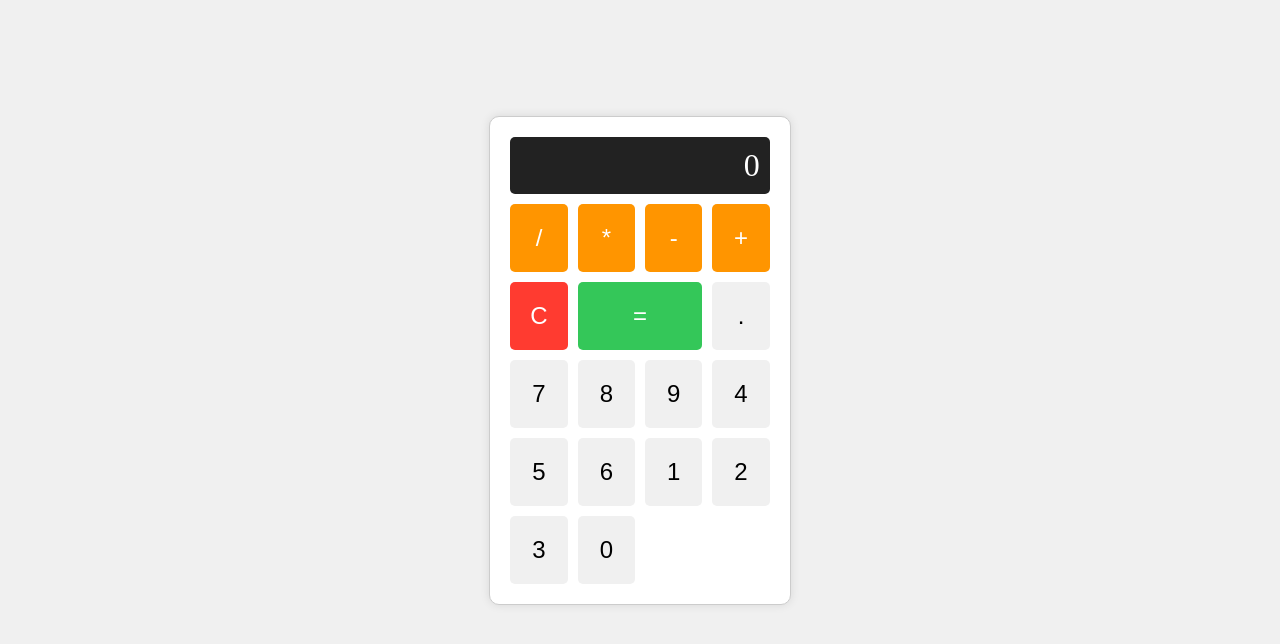
Repository: alizey12/calculator
Page: index.html
The author's editor kept a copy of each file at every save. The page is drawn from the files as they stood at one save, then again after the next save.
The browser window is 1280 px wide. The pictures show the whole page.

Above is the page before, as saved 2024-11-23 18:34:28.

After the next save:
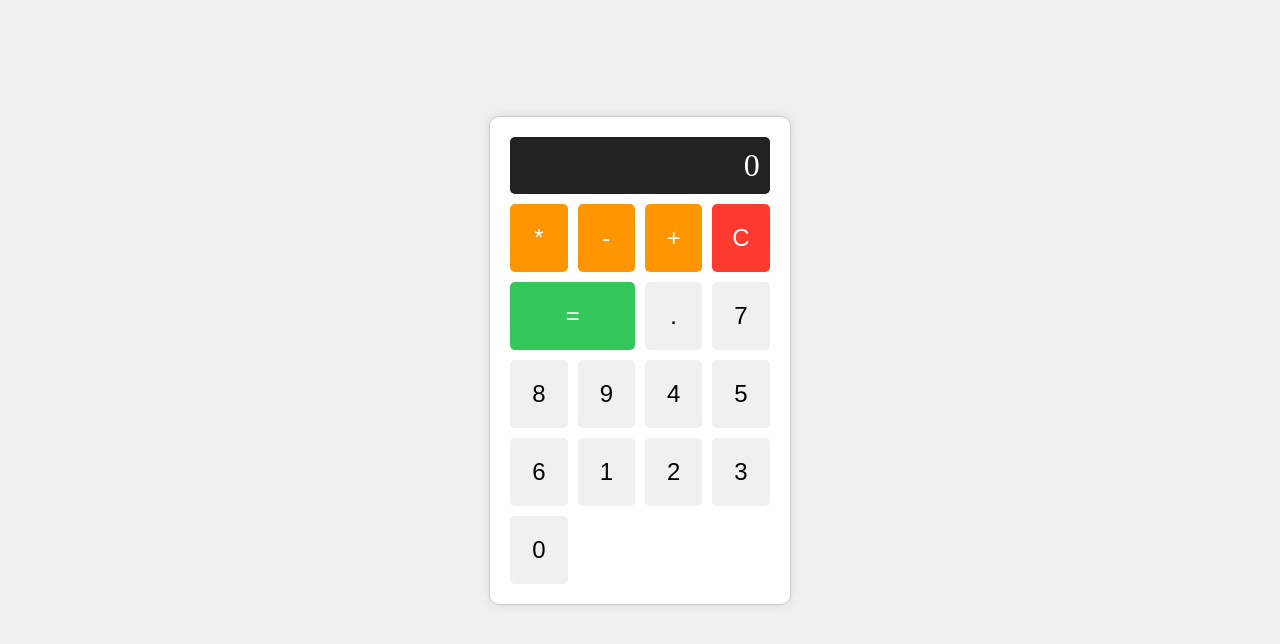
Saved 10 s later.
--- a/index.html
+++ b/index.html
@@ -12,7 +12,7 @@
         <div class="calculator">
             <div class="display" id="display">0</div>
             <div class="buttons">
-                <button class="btn operator">/</button>
+
                 <button class="btn operator">*</button>
                 <button class="btn operator">-</button>
                 <button class="btn operator">+</button>
